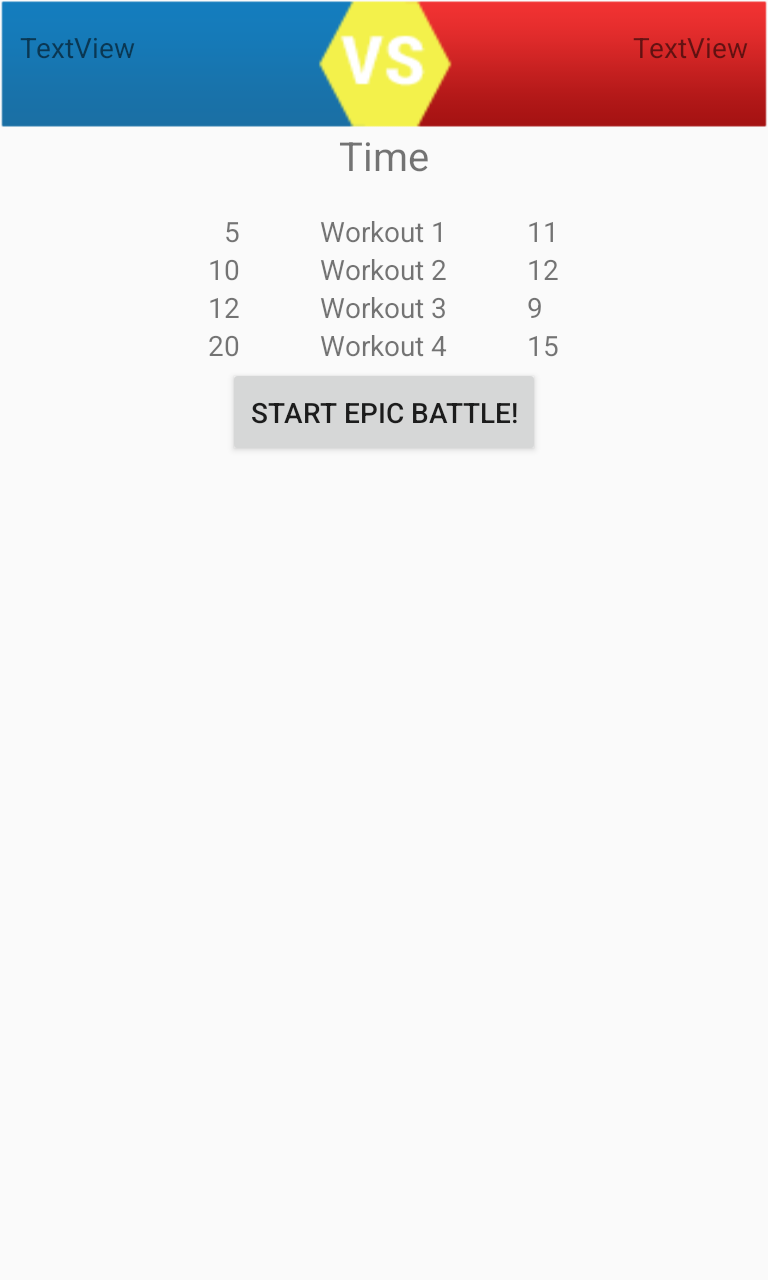
Repository: hackathon-2014/devdroid-repo
Layout: HealthyCompetition/res/layout/battlefield_layout.xml
These files come from the project's save history. The layout is drawn as it stood at one moment and after the next save; the edit follows.
It is drawn on a 768 x 1280 px phone screen (xhdpi) without system bars, with theme AppTheme; the app's code is not run.

Above is the layout before, as saved 2014-08-23 20:01:54.

After the next save:
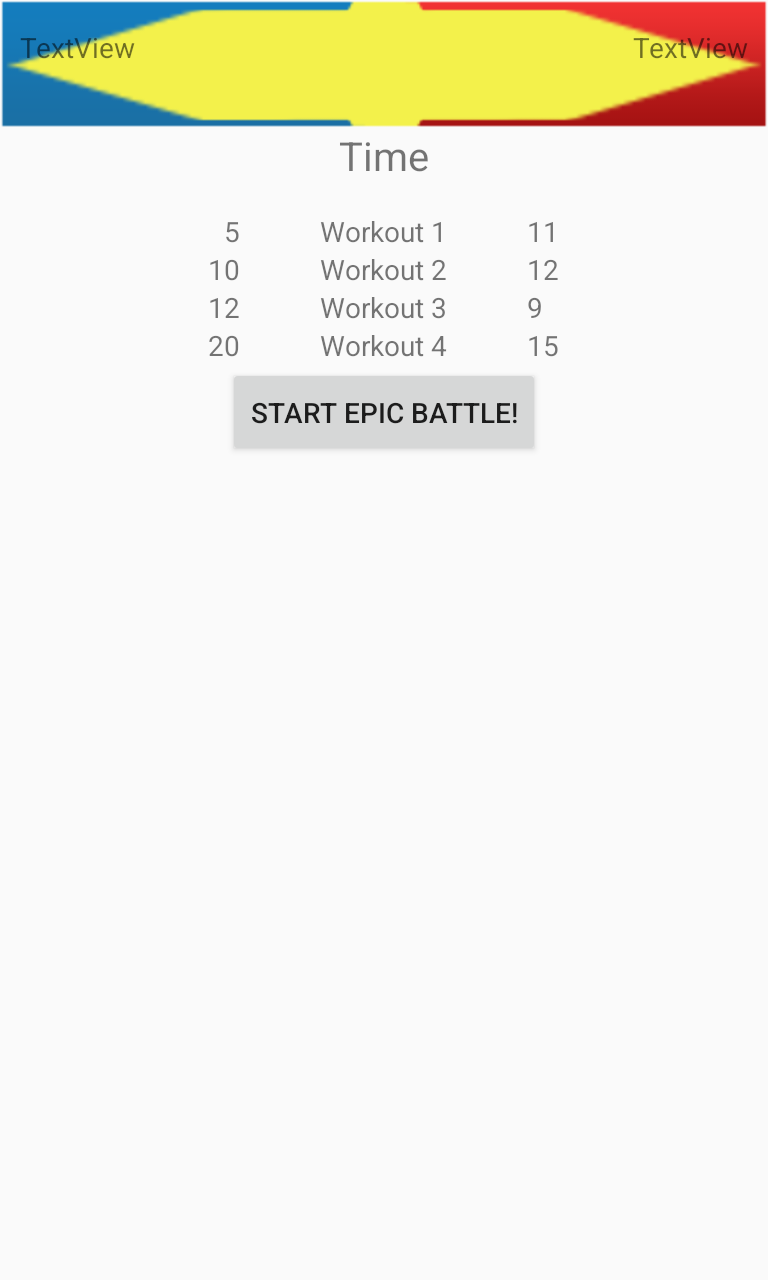
Saved 13 s later.
--- a/HealthyCompetition/res/layout/battlefield_layout.xml
+++ b/HealthyCompetition/res/layout/battlefield_layout.xml
@@ -19,7 +19,7 @@
             android:layout_width="match_parent"
             android:layout_height="wrap_content"
             android:layout_centerHorizontal="true"
-            android:background="@drawable/versus_banner_9" />
+            android:background="@drawable/clockBG_9" />
 
         <TextView
             android:id="@+id/time_view"
